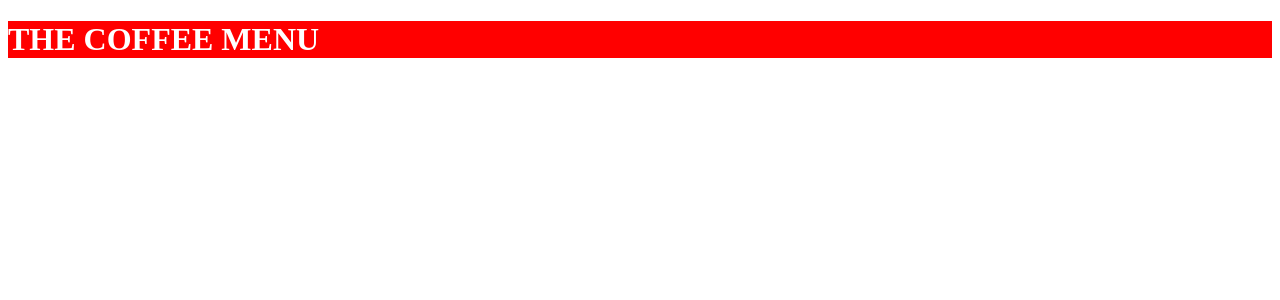
Repository: giahuy405/HomeWork_Coffee
Page: coffee.html
An editor plug-in stored every save of this project. The page is shown before and after the next save, followed by the edit.
The browser window is 1280 px wide. The pictures show the whole page.

Above is the page before, as saved 2022-09-07 12:01:16.

### coffee.html
<!DOCTYPE html>
<html lang="en">
<head>
    <meta charset="UTF-8">
    <meta http-equiv="X-UA-Compatible" content="IE=edge">
    <meta name="viewport" content="width=device-width, initial-scale=1.0">
    <title>Document</title>
    <link rel="stylesheet" href="./css/coffee.css">
</head>
<body>
    <h1 style="background-color:red;color:white">THE COFFEE MENU</h1>
</body>
</html>

Loaded but not shown: css/coffee.css (no stored copy; drawn as an empty file)

After the next save:
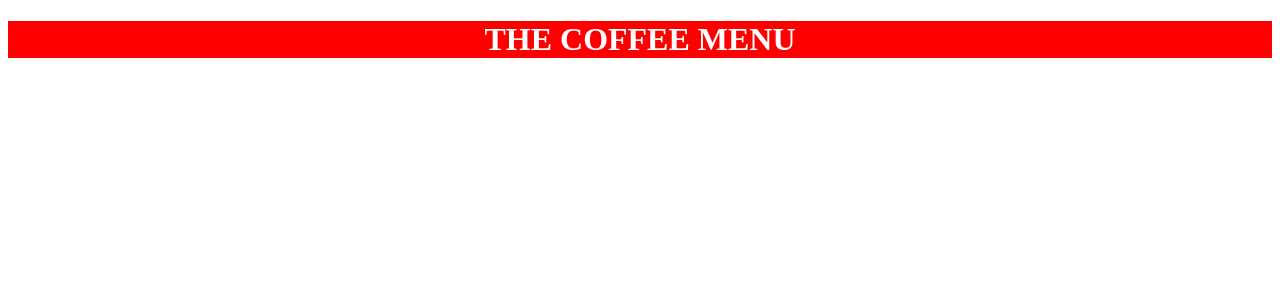
Saved 12 s later.
--- a/coffee.html
+++ b/coffee.html
@@ -8,6 +8,6 @@
     <link rel="stylesheet" href="./css/coffee.css">
 </head>
 <body>
-    <h1 style="background-color:red;color:white">THE COFFEE MENU</h1>
+    <h1 style="background-color:red;color:white;text-align:center">THE COFFEE MENU</h1>
 </body>
 </html>
